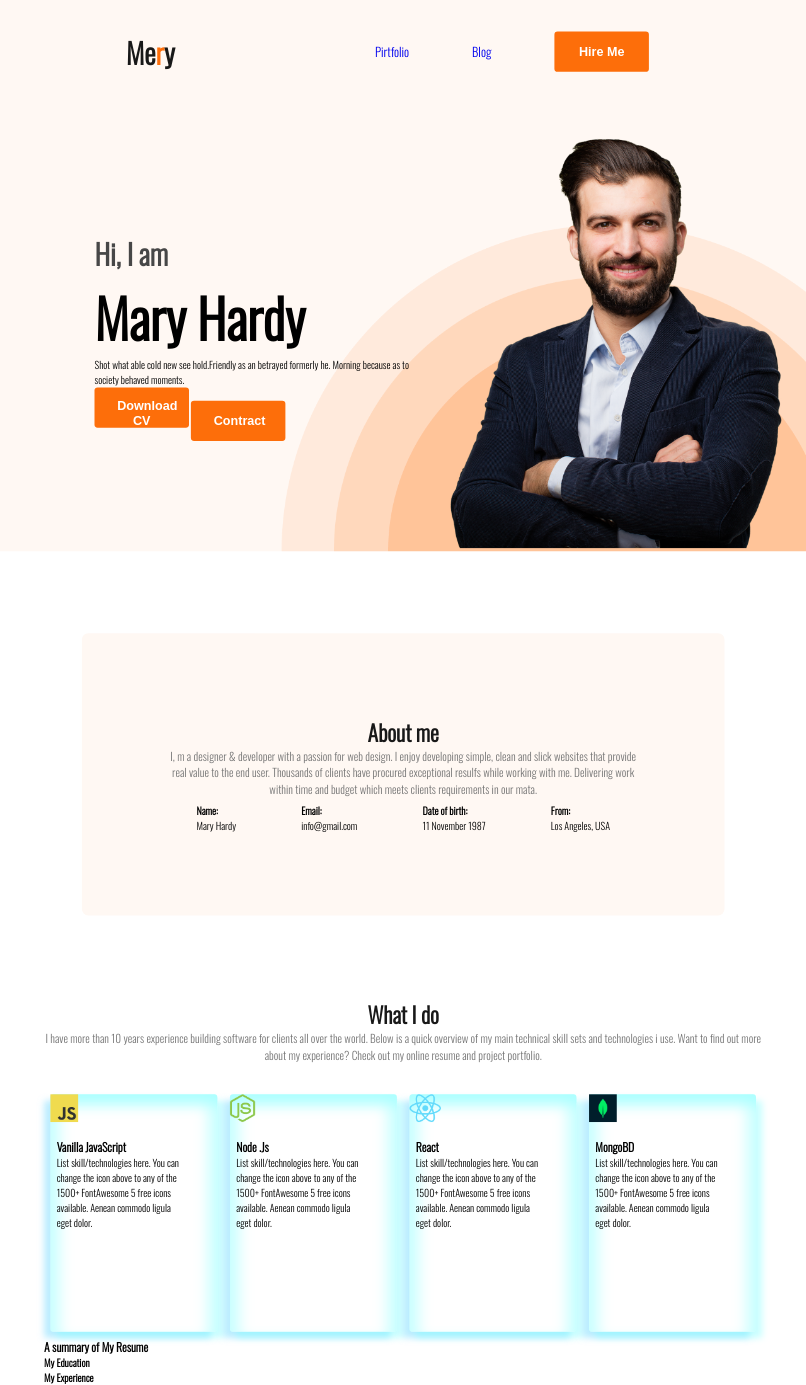
Repository: sumonkumarsarkar/my-website-personal
Page: index.html
These files come from the project's save history. The page is drawn as it stood at one moment and after the next save; the edit follows.
The browser window is 1280 px wide. The pictures show the whole page, at 63% of full size.

Above is the page before, as saved 2024-01-06 15:52:46.

After the next save:
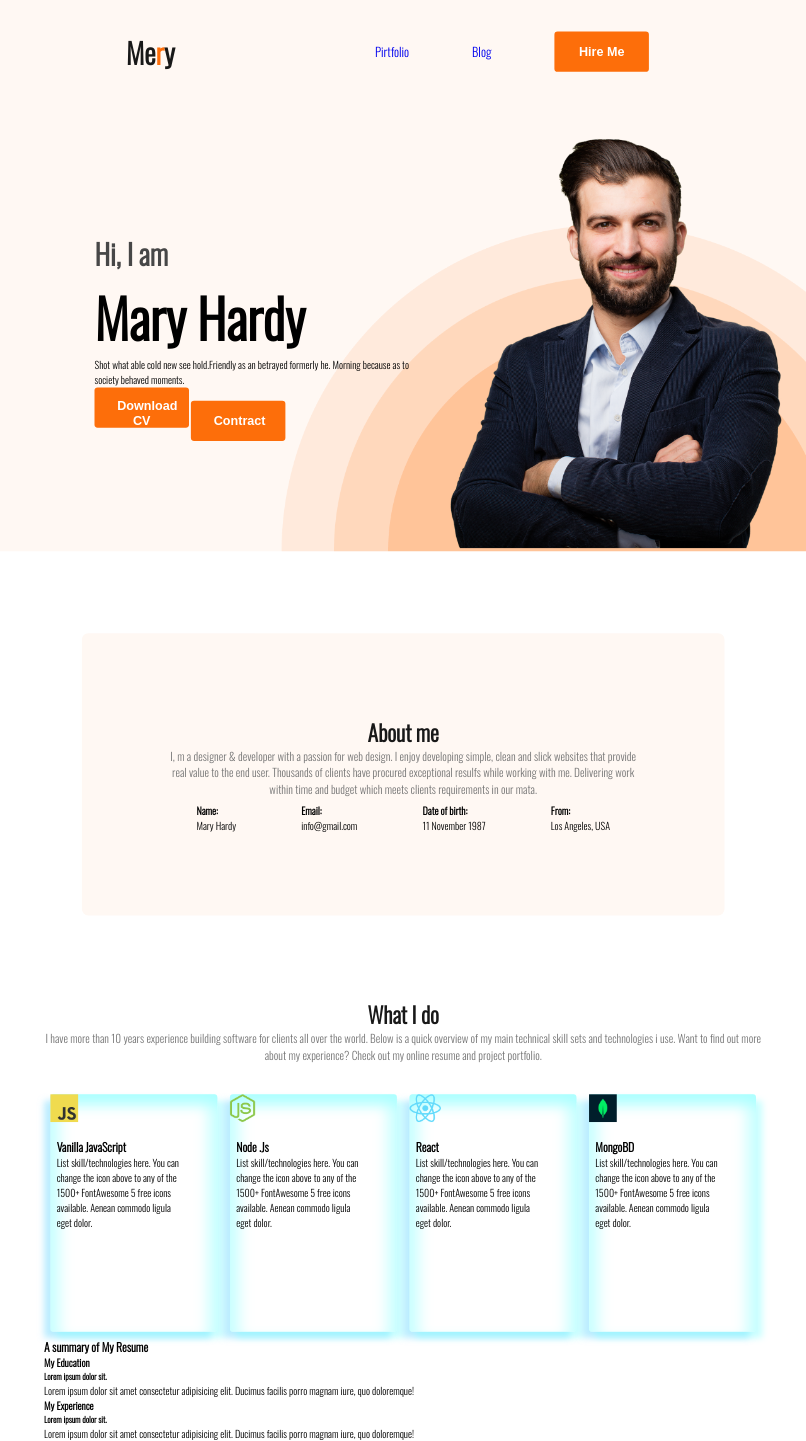
Saved 3 min 50 s later.
--- a/index.html
+++ b/index.html
@@ -135,15 +135,25 @@
       <div class="summary-section">
         <h3 class="summary-title">A summary of My Resume</h3>
       </div>
-
+<!-- Education start  -->
      <div class="education-item">
       <h4 class="education-title">My Education</h4>
-       <div class="education-details">
-        <h3></h3>
-       </div>
+      <div class="education-details">
+      <h5>Lorem ipsum dolor sit.</h5>
+      <P>Lorem ipsum dolor sit amet consectetur adipisicing elit. Ducimus facilis porro magnam iure, quo doloremque!</P>
+      </div>
+
      </div>
+
+ <!-- Education end  -->
+
      <div class="experence-item">
       <h4 class="experence">My Experience</h4>
+
+      <div class="education-details">
+        <h5>Lorem ipsum dolor sit.</h5>
+        <P>Lorem ipsum dolor sit amet consectetur adipisicing elit. Ducimus facilis porro magnam iure, quo doloremque!</P>
+        </div>
      </div>
 
      </section>
